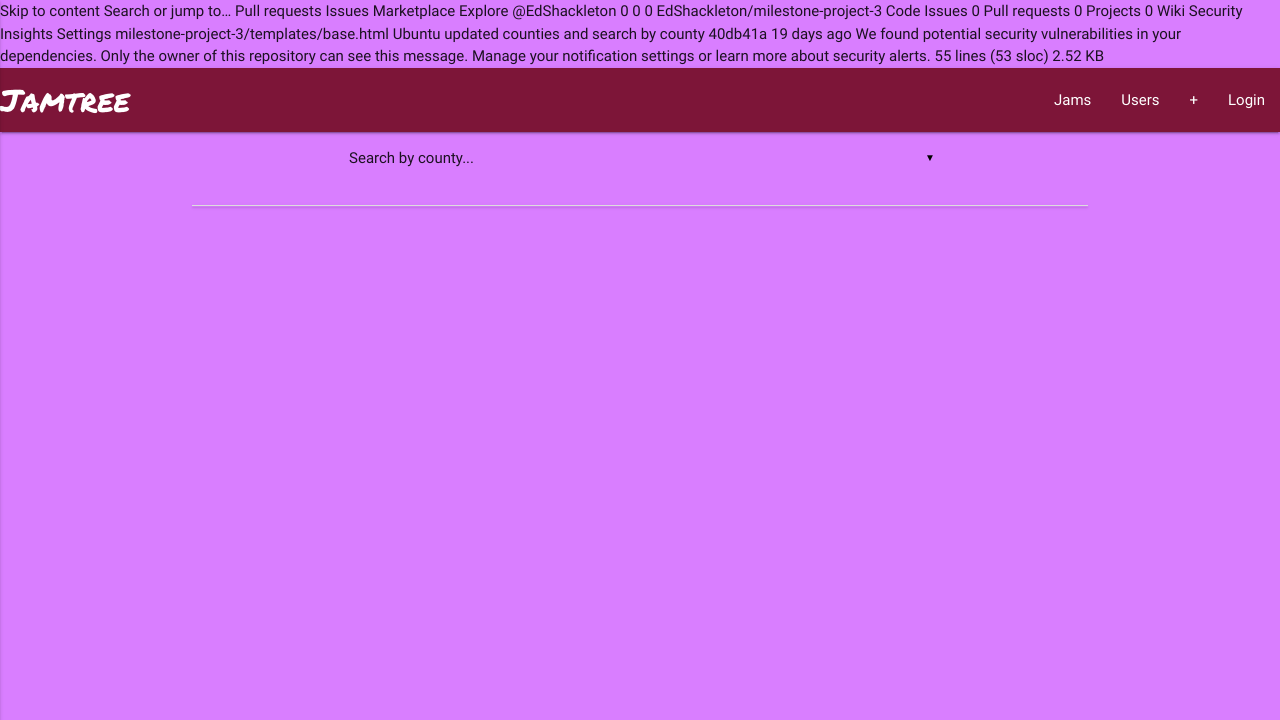
Repository: EdShackleton/milestone-project-3
Page: templates/jams.html
The author's editor kept a record of every edit. The page is drawn from the files as they stood at one moment, then again after the next edit.
The browser window is 1280 px wide. The pictures show the whole page.
Some web libraries are served in a nearby version. The page is served by the project's application, run on Flask 3 (app.py). Style sheets and scripts are compiled from the project's sources, by tool versions that may differ from the author's. The template is opened directly, without the code that normally fills it, so the values that code supplies are empty.

Above is the page before.

After the next edit:
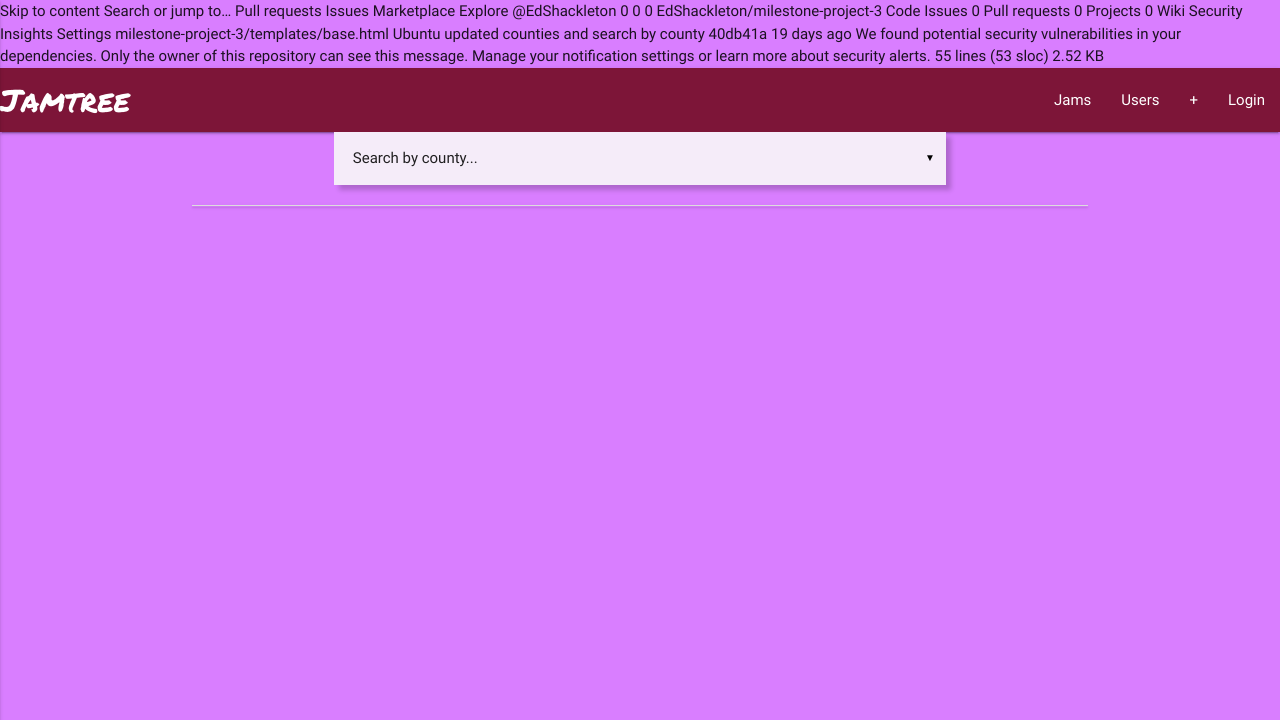
The edit:
--- a/templates/jams.html
+++ b/templates/jams.html
@@ -1,9 +1,9 @@
 {% extends 'base.html'%} {% block content %}
 
 <div class="row">
-    <div class="col s8 offset-s2" "search-bar">
-        <select id="county" name="county">
-            <option value="" disabled selected>Search by county...</option>
+    <div class="col s8 offset-s2 search-bar">
+        <select id="search-county" name="county">
+            <option value="" disabled selected> Search by county...</option>
             {% for county in counties %}
             <option value="{{county.county_name}}">{{county.county_name}}</option>
             {% endfor %}
